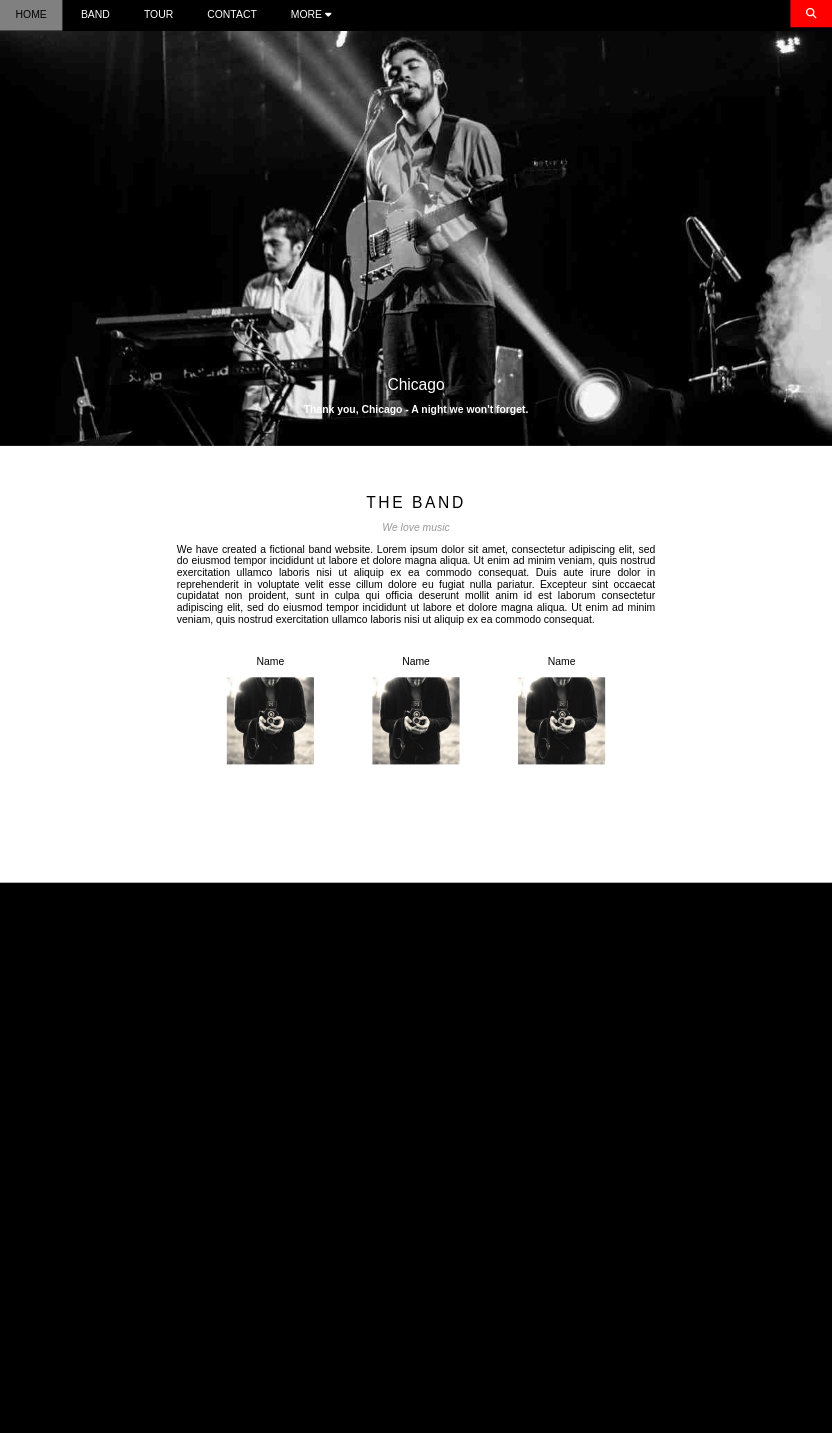
Repository: ngotranphuongbao/theband
Page: index.html
An editor plug-in stored every save of this project. The page is shown before and after the next save, followed by the edit.
The browser window is 1280 px wide. The pictures show the whole page, at 65% of full size.
Some web libraries are served in a nearby version.

Above is the page before, as saved 2022-12-21 21:58:35.

### index.html
<!DOCTYPE html>
<html lang="en">
<head>
    <meta charset="UTF-8">
    <meta http-equiv="X-UA-Compatible" content="IE=edge">
    <meta name="viewport" content="width=device-width, initial-scale=1.0">
    <title>Document</title>
    <link rel="stylesheet" href="./assets/css/style.css">
    <script src="https://kit.fontawesome.com/55a0c61423.js" crossorigin="anonymous"></script>
</head>
<body>
    <div id="main">
        <div id="header">
            <ul id="nav">
                <li><a href="">Home</a></li>
                <li><a href="">Band</a></li>
                <li><a href="">Tour</a></li>
                <li><a href="">Contact</a></li>
                <li>
                    <a href="">
                        More
                        <i class="fa fa-caret-down"></i>
                    </a>
                    <ul id="subnav">
                        <li><a href="">Merchandise</a></li>
                        <li><a href="">Extras</a></li>
                        <li><a href="">Media</a></li>
                    </ul>
                </li>
            </ul>
            <div id="search">
                <i class="fa fa-search"></i>
            </div>
        </div>

        <div id="slider">
            <div id="slider-caption">
                <h3>Chicago</h3>
                <p><b>Thank you, Chicago - A night we won't forget.</b></p>
            </div>

        </div>

        <div id="content">
            <div id="the-band">
                <div id="the-band-main">
                    <h2 class="content-title">The Band</h2>
                    <p class="content-subtitle">We love music</p>
                    <p id="describe">We have created a fictional band website. Lorem ipsum dolor sit amet, consectetur adipiscing elit, sed do eiusmod tempor incididunt ut labore et dolore magna aliqua. Ut enim ad minim veniam, quis nostrud exercitation ullamco laboris nisi ut aliquip ex ea commodo consequat. Duis aute irure dolor in reprehenderit in voluptate velit esse cillum dolore eu fugiat nulla pariatur. Excepteur sint occaecat cupidatat non proident, sunt in culpa qui officia deserunt mollit anim id est laborum consectetur adipiscing elit, sed do eiusmod tempor incididunt ut labore et dolore magna aliqua. Ut enim ad minim veniam, quis nostrud exercitation ullamco laboris nisi ut aliquip ex ea commodo consequat.</p>
                    <div id="member">
                        <div class="member-info">
                            <p class="member-name">Name</p>
                            <img src="/assets/image/member/bandmember.jpg" alt="" class="member-photo">
                        </div>

                        <div class="member-info">
                            <p class="member-name">Name</p>
                            <img src="/assets/image/member/bandmember.jpg" alt="" class="member-photo">
                        </div>

                        <div class="member-info">
                            <p class="member-name">Name</p>
                            <img src="/assets/image/member/bandmember.jpg" alt="" class="member-photo">
                        </div>
                    </div>
                </div>
            </div>

            <div id="tour-dates">
                <div id="tour-dates-main">

                </div>


            </div>

            <div id="contact">

            </div>

            <div id="picture">

            </div>

        </div>

        <div id="footer">

        </div>
    </div>

</body>
</html>

### assets/css/style.css
* {
    padding: 0px;
    margin: 0px;
    box-sizing: border-box;
}

html {
    font-family: Arial, Helvetica, sans-serif;
}

#main {

}

#header {
    height: 46.5px;
    background-color: black;
    position: fixed;
    top: 0px;
    left: 0px;
    right: 0px;
    z-index: 1;
}

#nav {
    display: inline-block;
}
#nav > li {
    display: inline-block;
    padding: 12px 24px;
    position: relative;
}

#nav > li > a {
    line-height: 22.5px;
    text-decoration: none;
    text-transform: uppercase;
    color: white;
}

#nav > li:hover {
    background-color: grey;
}

#nav > li:hover > a {
    color: black;
}

#subnav {
    display: none;
    position: absolute;
    top: 45px;
    left: 0px;
    box-shadow: 0px 0px 10px rgba(0, 0, 0, 0.3);
    background-color: white;
}

#subnav > li {
    display: block;
    width: 160px;
    height: 38.5px;
    padding: 8px 16px;
}

#subnav > li:hover {
    background-color: grey;
}

#nav > li:hover > #subnav {
    display: block;
}

#subnav > li > a {
    text-decoration: none;
    color: black;
}

.fa-caret-down {
    width: 8.575px;
    height: 15px;
}

#search {
    float: right;
    padding: 12px 24px;
    background-color: red;
    cursor: pointer;
}

.fa-search {
    line-height: 22.5px;
    color: white;
}
#slider {
    margin-top: 45.6px;
    padding-top: 50%;
    background: url(/assets/image/slider/chicago.jpg) top center / cover no-repeat;
    position: relative;
}

#slider-caption {
    position: absolute;
    bottom: 32px;
    width: 100%;
    text-align: center;
}

#slider-caption > p {
    margin: 15px;
    color: white;
}

#slider-caption > h3 {
    margin-bottom: 10px;
    color: white;
    font-weight: 400;
    font-size: 24px;
}


#content {

}

#the-band {
    height: 672px;
}

#the-band-main {
    width: 768px;
    height: 100%;
    padding: 64px 16px;
    margin: auto;
}

.content-title {
    text-align: center;
    margin: 10px;
    text-transform: uppercase;
    letter-spacing: 4px;
    font-weight: 400;
}

.content-subtitle {
    text-align: center;
    margin: 15px;
    font-style: italic;
    opacity: 0.4;
}

#describe {
    text-align: justify;
    margin-bottom: 15px;

}

#member {
    height: 286px;
    text-align: center;
    margin: 32px;
}

.member-info {
    display: inline-block;
    width: calc(100%/3);
    float: left;
}

.member-photo {
    width: 60%;
    margin-bottom: 16px;
}

.member-name {
    margin: 15px;
}

#tour-dates {
    height: 846px;
    background-color: black;
}

#tour-dates-main {
    width: 768px;
    height: 100%;
}

#footer {

}

After the next save:
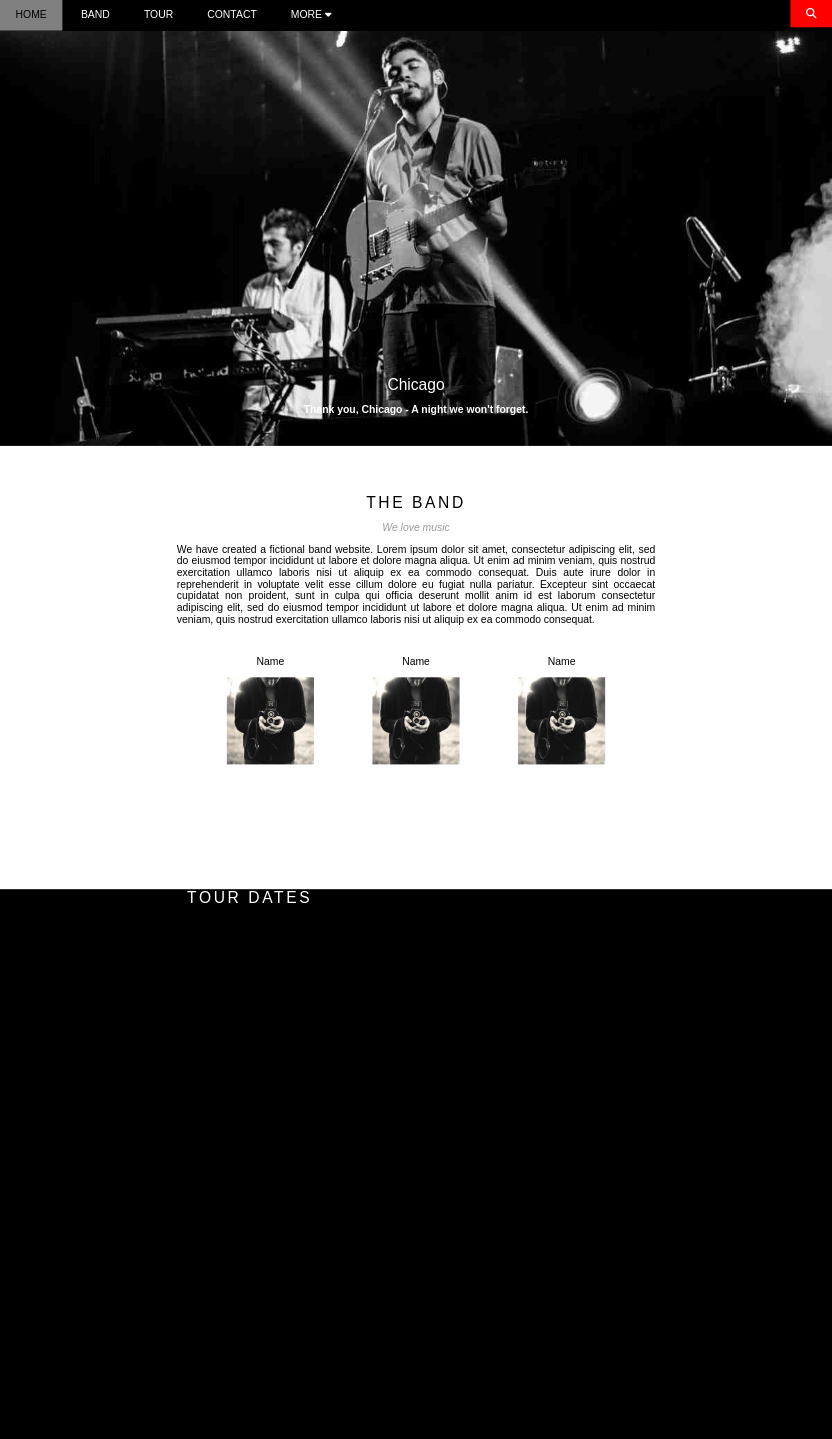
Saved 72 s later.
--- a/index.html
+++ b/index.html
@@ -68,7 +68,8 @@
 
             <div id="tour-dates">
                 <div id="tour-dates-main">
-
+                    <h2 class="content-title">Tour dates</h2>
+                    <p class="content-subtitle">Remember to book your tickets!</p>
                 </div>
 
 
--- a/assets/css/style.css
+++ b/assets/css/style.css
@@ -185,6 +185,10 @@ html {
     height: 100%;
 }
 
+#tour-dates .content-title {
+    color: white;
+}
+
 #footer {
 
 }
